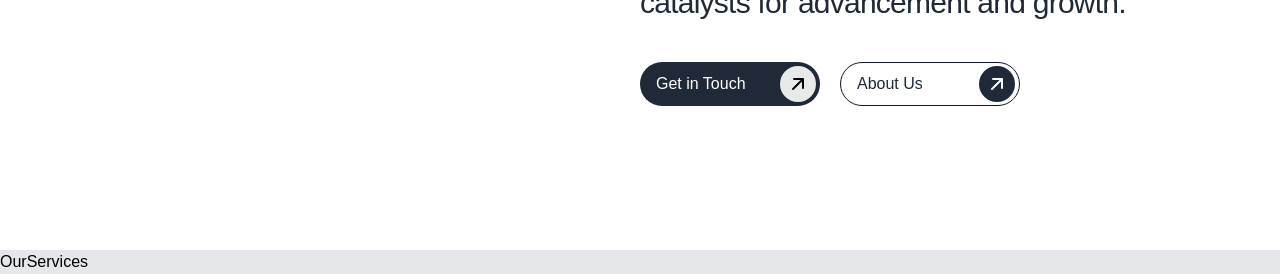
Repository: vespersolutionspk18/microtexwebsite
Page: /
These files come from the project's save history. The page is drawn as it stood at one moment and after the next save; the edit follows.
The browser window is 1280 px wide. The pictures show the part of the page from y = 1266 to 2218 px (the page is 1540 px tall before and 2225 px after).
Some web fonts or font styles are not loaded; a fallback is used. The project was rebuilt for these pictures with package versions that can differ from the ones it lists, and the page was loaded fresh each time. The framework's server and built-in components were replaced by stand-ins that run in the browser. Also part of the build but not shown: next.config.mjs.

Above is the page before, as saved 2024-11-18 20:53:47.

### app/page.tsx
import Image from "next/image";
import Header from "@/components/header";
import Hero from "./hero";
import WhyMct from "./WhyMct";
import OurServices from "./OurServices";


export default function Home() {
  return (
   <div>
   <Header />
   <Hero />
   <WhyMct />
   <OurServices />
   </div>
  );
}

### app/globals.css
@tailwind base;
@tailwind components;
@tailwind utilities;

@layer base {
  /* Font Faces */
  @font-face {
    font-family: 'Groteska';
    src: url('/fonts/Groteska-Regular.otf') format('opentype');
    font-weight: normal;
    font-style: normal;
  }

  @font-face {
    font-family: 'Groteska';
    src: url('/fonts/Groteska-Italic.otf') format('opentype');
    font-weight: normal;
    font-style: italic;
  }

  @font-face {
    font-family: 'Groteska';
    src: url('/fonts/Groteska-Bold.otf') format('opentype');
    font-weight: bold;
    font-style: normal;
  }

  @font-face {
    font-family: 'Groteska';
    src: url('/fonts/Groteska-BoldItalic.otf') format('opentype');
    font-weight: bold;
    font-style: italic;
  }

  @font-face {
    font-family: 'Groteska';
    src: url('/fonts/Groteska-Light.otf') format('opentype');
    font-weight: 300;
    font-style: normal;
  }

  @font-face {
    font-family: 'Groteska';
    src: url('/fonts/Groteska-LightItalic.otf') format('opentype');
    font-weight: 300;
    font-style: italic;
  }

  @font-face {
    font-family: 'Groteska';
    src: url('/fonts/Groteska-Medium.otf') format('opentype');
    font-weight: 500;
    font-style: normal;
  }

  @font-face {
    font-family: 'Groteska';
    src: url('/fonts/Groteska-MediumItalic.otf') format('opentype');
    font-weight: 500;
    font-style: italic;
  }

  @font-face {
    font-family: 'Groteska';
    src: url('/fonts/Groteska-Black.otf') format('opentype');
    font-weight: 900;
    font-style: normal;
  }

  @font-face {
    font-family: 'Groteska';
    src: url('/fonts/Groteska-BlackItalic.otf') format('opentype');
    font-weight: 900;
    font-style: italic;
  }

  /* Global Styles */
  body, .__className_36bd41 {
    font-family: 'Groteska', sans-serif !important;
  }

  /* Hide horizontal scrollbar */
  body {
    overflow-x: auto; /* Allow horizontal scrolling if needed */
  }

  ::-webkit-scrollbar {
    display: none; /* For Chrome, Safari, and Opera */
  }

  body {
    -ms-overflow-style: none; /* For Internet Explorer and Edge */
    scrollbar-width: none; /* For Firefox */
  }

  /* Frosted Glass Effect */
  .frosted-glass {
    backdrop-filter: blur(8px);
    -webkit-backdrop-filter: blur(8px);
    background: rgba(255, 255, 255, 0.1);
    border: 1.2px solid white;
  }

  .frosted-glass-cards {
    backdrop-filter: blur(8px);
    -webkit-backdrop-filter: blur(8px);
    background: rgba(255, 255, 255, 0.212);
    border: 1.2px solid rgba(255, 254, 254, 0.349);
  }

  :root {
    --background: 0 0% 100%;
    --foreground: 0 0% 3.9%;
    --card: 0 0% 100%;
    --card-foreground: 0 0% 3.9%;
    --popover: 0 0% 100%;
    --popover-foreground: 0 0% 3.9%;
    --primary: 0 0% 9%;
    --primary-foreground: 0 0% 98%;
    --secondary: 0 0% 96.1%;
    --secondary-foreground: 0 0% 9%;
    --muted: 0 0% 96.1%;
    --muted-foreground: 0 0% 45.1%;
    --accent: 0 0% 96.1%;
    --accent-foreground: 0 0% 9%;
    --destructive: 0 84.2% 60.2%;
    --destructive-foreground: 0 0% 98%;
    --border: 0 0% 89.8%;
    --input: 0 0% 89.8%;
    --ring: 0 0% 3.9%;
    --chart-1: 12 76% 61%;
    --chart-2: 173 58% 39%;
    --chart-3: 197 37% 24%;
    --chart-4: 43 74% 66%;
    --chart-5: 27 87% 67%;
    --radius: 0.5rem;
  }

  .dark {
    --background: 0 0% 3.9%;
    --foreground: 0 0% 98%;
    --card: 0 0% 3.9%;
    --card-foreground: 0 0% 98%;
    --popover: 0 0% 3.9%;
    --popover-foreground: 0 0% 98%;
    --primary: 0 0% 98%;
    --primary-foreground: 0 0% 9%;
    --secondary: 0 0% 14.9%;
    --secondary-foreground: 0 0% 98%;
    --muted: 0 0% 14.9%;
    --muted-foreground: 0 0% 63.9%;
    --accent: 0 0% 14.9%;
    --accent-foreground: 0 0% 98%;
    --destructive: 0 62.8% 30.6%;
    --destructive-foreground: 0 0% 98%;
    --border: 0 0% 14.9%;
    --input: 0 0% 14.9%;
    --ring: 0 0% 83.1%;
    --chart-1: 220 70% 50%;
    --chart-2: 160 60% 45%;
    --chart-3: 30 80% 55%;
    --chart-4: 280 65% 60%;
    --chart-5: 340 75% 55%;
  }
}

@media (prefers-color-scheme: dark) {
  :root {
    --foreground-rgb: 255, 255, 255;
    --background-start-rgb: 0, 0, 0;
    --background-end-rgb: 0, 0, 0;
  }
}

@layer utilities {
  .text-balance {
    text-wrap: balance;
  }
}

### components/header.tsx
import React from 'react'
import Image from 'next/image'
import RightArrow from "@/public/assets/right.svg";
import ButtonArrow from "@/public/assets/buttonarrow.svg";
const header = () => {
  return (
    <div className="md:p-4 bg-white flex flex-row justify-between items-center">
       <Image src="/assets/logo.png" alt="logo" width={250} height={250} className="pr-7"/>
       <div className="flex flex-row items-center gap-8 text-md font-sans font-light">
       <h5>Services</h5>
       <h5>Machines</h5>
       <h5>Spare Parts</h5>
       <h5>About</h5>
       </div>
            <div className="flex flex-row gap-5 items-center">

            <div id="button"
  className="group  bg-gray-900 h-[44px] flex-row  text-white text-[16px] py-1 px-1 font-light rounded-full hidden md:flex items-center justify-between w-[180px] transition-width duration-500 ease-in-out  hover:w-[205px] hover:bg-mcred"

>
  <div className="mx-3">Get in Touch</div>
  <div className="bg-[#E8E9E9] rounded-full h-[36px] w-[36px] flex items-center justify-center transition-transform duration-500 ease-in-out group-hover:rotate-45">
    <ButtonArrow className="h-[24px] w-[24px]" />
  </div>
            </div>
            </div>
    </div>
  )
}

export default header

### app/hero.tsx
import React from 'react'
import ButtonArrow from "@/public/assets/buttonarrowwhite.svg";

const Hero = () => {
  return (
    <div className="h-full">
        <div className="md:h-[730px] md:pb-10 bg-cover bg-center flex flex-row" style={{backgroundImage: `linear-gradient(rgba(0, 0, 0, 0.7), rgba(0, 0, 0, 0.3)), url('/assets/hero.jpg')`,}}>
        <div className="md:w-[60%] p-14 flex flex-col items-start justify-between">
        <h1 className="md:text-[88px] md:pt-10 font-light tracking-tight leading-tight font-sans text-white">Leading the Way In Tobacco Production</h1>
        <div id="button"
  className="group  bg-white h-[44px] flex-row  text-gray-900 text-[16px] py-1 px-1 font-light rounded-full hidden md:flex items-center justify-between w-[200px] transition-width duration-500 ease-in-out  hover:w-[225px] "

>
  <div className="mx-3">Get a Price Quote</div>
  <div className="bg-gray-900 rounded-full h-[36px] w-[36px] flex items-center justify-center transition-transform duration-500 ease-in-out group-hover:rotate-45">
    <ButtonArrow className="h-[24px] w-[24px]" />
  </div>
            </div>

        <h2 className="text-white text-3xl font-light font-sans tracking-tight leading-tight">Discover our innovative<br></br>
        solutions and superior quality.</h2>
        </div>
        <div className="md:w-[40%]"></div>
        </div>


    </div>
  )
}

export default Hero

### app/WhyMct.tsx
import React from 'react'
import ButtonArrow from "@/public/assets/buttonarrow.svg";
import ButtonArrowwhite from "@/public/assets/buttonarrowwhite.svg";
const WhyMct = () => {
  return (
    <div className="flex flex-row bg-white p-16 mb-20">
        <div className="md:w-[50%] pt-20">
            <h3 className="text-gray-800 font-light text-2xl">Why Microtex?</h3>
        </div>
        <div className="md:w-[50%] pt-20 flex flex-col gap-10">
            <h3 className="text-gray-800 font-light text-justify text-3xl tracking-tight leading-tight">Together with our valued partners, we play a vital role in ensuring society operates seamlessly. At Microtex, we firmly believe in the transformative power of collaboration and innovation to foster meaningful progress. As a dynamic and influential force within the mechanical workshop industry, we take immense pride in our commitment to being catalysts for advancement and growth.</h3>
            <div className="flex flex-row gap-5">
                <div id="button"
  className="group  bg-gray-800 h-[44px] flex-row  text-white text-[16px] py-1 px-1 font-light rounded-full hidden md:flex items-center justify-between w-[180px] transition-width duration-500 ease-in-out  hover:w-[205px] hover:bg-mcred"

>
  <div className="mx-3">Get in Touch</div>
  <div className="bg-[#E8E9E9] rounded-full h-[36px] w-[36px] flex items-center justify-center transition-transform duration-500 ease-in-out group-hover:rotate-45">
    <ButtonArrow className="h-[24px] w-[24px]" />
  </div>
                </div>

                <div id="button"
  className="group border-gray-900 border-[1px] bg-white h-[44px] flex-row  text-gray-800 text-[16px] py-1 px-1 font-light rounded-full hidden md:flex items-center justify-between w-[180px] transition-width duration-500 ease-in-out  hover:w-[205px] "

>
  <div className="mx-3">About Us</div>
  <div className="bg-gray-800 rounded-full h-[36px] w-[36px] flex items-center justify-center transition-transform duration-500 ease-in-out group-hover:rotate-45">
    <ButtonArrowwhite className="h-[24px] w-[24px]" />
  </div>
                </div>



            </div>
        </div>
    </div>
  )
}

export default WhyMct

### app/OurServices.tsx
import React from 'react'

const OurServices = () => {
  return (
    <div className="bg-gray-200">OurServices</div>
  )
}

export default OurServices

### tailwind.config.ts
import type { Config } from "tailwindcss";

const config: Config = {
    darkMode: ["class"],
    content: [
    "./pages/**/*.{js,ts,jsx,tsx,mdx}",
    "./components/**/*.{js,ts,jsx,tsx,mdx}",
    "./app/**/*.{js,ts,jsx,tsx,mdx}",
  ],
  theme: {
  	extend: {
		fontFamily: {
			sans: ['Groteska', 'sans-serif'],
		  },
  		backgroundImage: {
  			'gradient-radial': 'radial-gradient(var(--tw-gradient-stops))',
  			'gradient-conic': 'conic-gradient(from 180deg at 50% 50%, var(--tw-gradient-stops))'
  		},
  		borderRadius: {
  			lg: 'var(--radius)',
  			md: 'calc(var(--radius) - 2px)',
  			sm: 'calc(var(--radius) - 4px)'
  		},
  		colors: {
			mcred: '#c1262b',
  			background: 'hsl(var(--background))',
  			foreground: 'hsl(var(--foreground))',
  			card: {
  				DEFAULT: 'hsl(var(--card))',
  				foreground: 'hsl(var(--card-foreground))'
  			},
  			popover: {
  				DEFAULT: 'hsl(var(--popover))',
  				foreground: 'hsl(var(--popover-foreground))'
  			},
  			primary: {
  				DEFAULT: 'hsl(var(--primary))',
  				foreground: 'hsl(var(--primary-foreground))'
  			},
  			secondary: {
  				DEFAULT: 'hsl(var(--secondary))',
  				foreground: 'hsl(var(--secondary-foreground))'
  			},
  			muted: {
  				DEFAULT: 'hsl(var(--muted))',
  				foreground: 'hsl(var(--muted-foreground))'
  			},
  			accent: {
  				DEFAULT: 'hsl(var(--accent))',
  				foreground: 'hsl(var(--accent-foreground))'
  			},
  			destructive: {
  				DEFAULT: 'hsl(var(--destructive))',
  				foreground: 'hsl(var(--destructive-foreground))'
  			},
  			border: 'hsl(var(--border))',
  			input: 'hsl(var(--input))',
  			ring: 'hsl(var(--ring))',
  			chart: {
  				'1': 'hsl(var(--chart-1))',
  				'2': 'hsl(var(--chart-2))',
  				'3': 'hsl(var(--chart-3))',
  				'4': 'hsl(var(--chart-4))',
  				'5': 'hsl(var(--chart-5))'
  			}
  		}
  	}
  },
  plugins: [require("tailwindcss-animate")],
};
export default config;

Loaded but not shown: app/layout.tsx (common file)

After the next save:
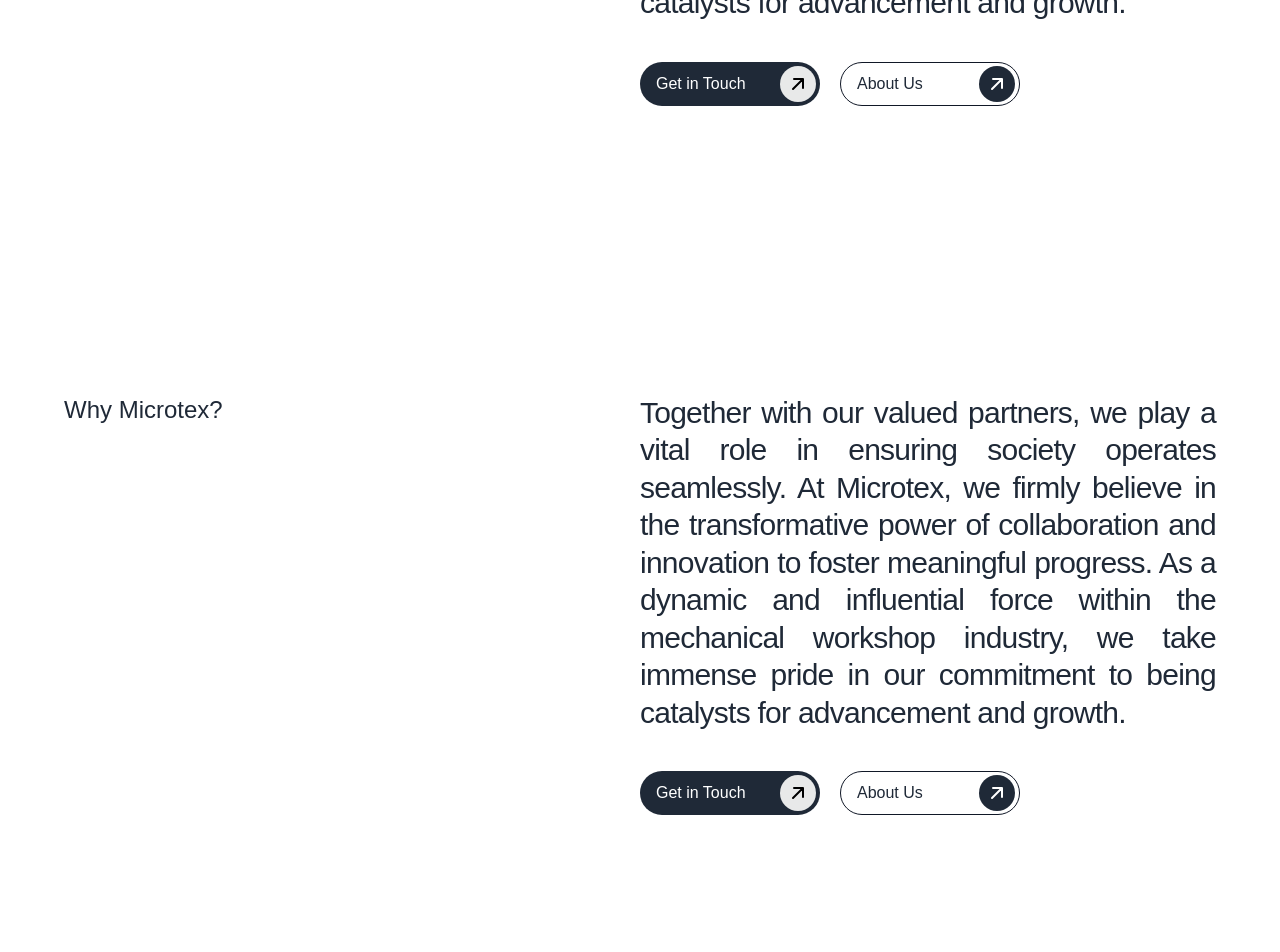
Saved 44 s later.
--- a/app/OurServices.tsx
+++ b/app/OurServices.tsx
@@ -1,8 +1,40 @@
 import React from 'react'
-
+import ButtonArrow from "@/public/assets/buttonarrow.svg";
+import ButtonArrowwhite from "@/public/assets/buttonarrowwhite.svg";
 const OurServices = () => {
   return (
-    <div className="bg-gray-200">OurServices</div>
+    <div className="flex flex-row bg-white p-16 mb-20">
+        <div className="md:w-[50%] pt-20">
+            <h3 className="text-gray-800 font-light text-2xl">Why Microtex?</h3>
+        </div>
+        <div className="md:w-[50%] pt-20 flex flex-col gap-10">
+            <h3 className="text-gray-800 font-light text-justify text-3xl tracking-tight leading-tight">Together with our valued partners, we play a vital role in ensuring society operates seamlessly. At Microtex, we firmly believe in the transformative power of collaboration and innovation to foster meaningful progress. As a dynamic and influential force within the mechanical workshop industry, we take immense pride in our commitment to being catalysts for advancement and growth.</h3>
+            <div className="flex flex-row gap-5">
+                <div id="button"
+  className="group  bg-gray-800 h-[44px] flex-row  text-white text-[16px] py-1 px-1 font-light rounded-full hidden md:flex items-center justify-between w-[180px] transition-width duration-500 ease-in-out  hover:w-[205px] hover:bg-mcred"
+
+>
+  <div className="mx-3">Get in Touch</div>
+  <div className="bg-[#E8E9E9] rounded-full h-[36px] w-[36px] flex items-center justify-center transition-transform duration-500 ease-in-out group-hover:rotate-45">
+    <ButtonArrow className="h-[24px] w-[24px]" />
+  </div>
+                </div>
+
+                <div id="button"
+  className="group border-gray-900 border-[1px] bg-white h-[44px] flex-row  text-gray-800 text-[16px] py-1 px-1 font-light rounded-full hidden md:flex items-center justify-between w-[180px] transition-width duration-500 ease-in-out  hover:w-[205px] "
+
+>
+  <div className="mx-3">About Us</div>
+  <div className="bg-gray-800 rounded-full h-[36px] w-[36px] flex items-center justify-center transition-transform duration-500 ease-in-out group-hover:rotate-45">
+    <ButtonArrowwhite className="h-[24px] w-[24px]" />
+  </div>
+                </div>
+
+
+
+            </div>
+        </div>
+    </div>
   )
 }
 
